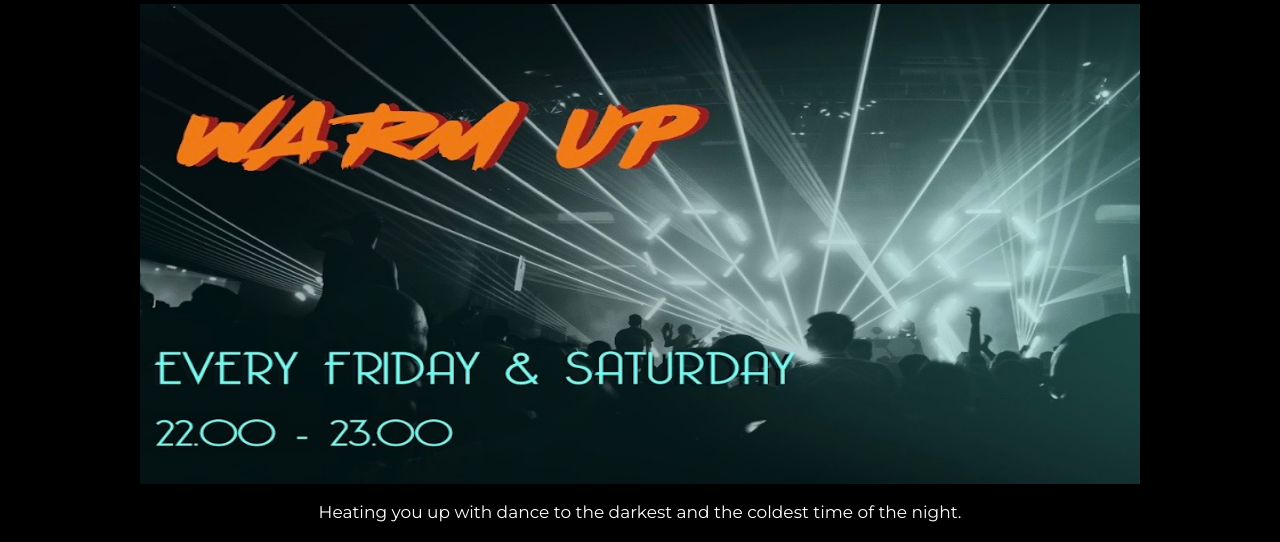
Repository: kaanistemi/Radyo-Denemeleri
Page: program.html
The author's editor kept a record of every edit. The page is drawn from the files as they stood at one moment, then again after the next edit.
The browser window is 1280 px wide. The pictures show the part of the page from y = 2537 to 3079 px (the page is 3079 px tall before and 2889 px after).
A picture or video elsewhere on the page could not be fetched, so the positions and the page height are approximate. Some web libraries are served in a nearby version.

Above is the page before.

### program.html
<html lang="en">

<head>
    <meta charset="UTF-8">
    <title>Radio Racoon</title>
    <meta name="viewport" content="width=device-width,initial-scale=1,maximum-scale=1,user-scalable=no">
    <meta http-equiv="X-UA-Compatible" content="IE=edge,chrome=1">
    <meta name="HandheldFriendly" content="true">
    <link href="https://fonts.googleapis.com/css2?family=Anonymous+Pro&family=Marck+Script&display=swap" rel="stylesheet">
    <link href="https://fonts.googleapis.com/css2?family=Marck+Script&display=swap" rel="stylesheet">
    <link href="https://fonts.googleapis.com/css2?family=Kanit:wght@500&display=swap" rel="stylesheet">
    <link href="https://fonts.googleapis.com/css2?family=Anton&display=swap" rel="stylesheet">
    <link href="https://fonts.googleapis.com/css2?family=Alfa+Slab+One&display=swap" rel="stylesheet">
    <link href="https://fonts.googleapis.com/css2?family=Acme&family=Montserrat&display=swap" rel="stylesheet">
    <link href="https://fonts.googleapis.com/css2?family=Montserrat&display=swap" rel="stylesheet">
    <link href="https://fonts.googleapis.com/css2?family=Righteous&display=swap" rel="stylesheet">
    <link rel="icon" href="assets/images/LOGOSON2.png">
    <link href="https://fonts.googleapis.com/css2?family=Fredoka+One&family=Permanent+Marker&display=swap" rel="stylesheet">
    <link rel="stylesheet" href="https://maxcdn.bootstrapcdn.com/bootstrap/4.3.1/css/bootstrap.min.css" type="text/css" />
    <link rel="stylesheet" href="https://maxcdn.bootstrapcdn.com/font-awesome/4.7.0/css/font-awesome.min.css" type="text/css" />
    <link rel="stylesheet" href="https://cdnjs.cloudflare.com/ajax/libs/hover.css/2.1.1/css/hover-min.css" type="text/css" />
    <link rel="stylesheet" type="text/css" href="assets/css/style.css">

    <script src="https://cdn.jsdelivr.net/gh/greghub/assets/js/radio.min.js"></script>
    <style>
        body {
            background: #000000;
        }

        table {
            border-collapse: collapse;
            width: 100%;
            text-align: center;
        }

        th,
        td {

            padding: 12px;
        }
    </style>
</head>

<body>

    <nav class="navbar navbar-expand-lg navbar-light bg-custom">
        <a class="navbar-brand" href="index.html">
            <img src=assets/images/LOGOSON2.png alt="Istanbul1" class="logo-circle" height=60 width=60><span class="logo-text"> Radio Racoon</span>
            <div class="icons">

            </div>
        </a>


        <button class="navbar-toggler" type="button" data-toggle="collapse" data-target="#navbarNav" aria-controls="navbarNav" aria-expanded="false" aria-label="Toggle navigation">
            <span class="navbar-toggler-icon"></span>
        </button>


        <div class="collapse navbar-collapse justify-content-center " id="navbarNav">

            <ul class="navbar-nav ml-auto ">

                <li class="nav-item active">
                    <a class="nav-link" href="ekip.html">
                        <p class="white-text">Team</p><span class="sr-only">(current)</span></a>
                </li>
                <li class="nav-item active">
                    <a class="nav-link" href="program.html">
                        <p class="white-text">Program</p><span class="sr-only">(current)</span></a>
                </li>
                <li class="nav-item active ">
                    <a class="nav-link" href="iletisim.html">
                        <p class="white-text">Contact</p><span class="sr-only">(current)</span></a>
                </li>

            </ul>


        </div>


    </nav>

    <center class="week-event mt-5">
        <p><strong>ALL KINDS OF MUSIC</strong></p>
    </center>

    <div class="container-fluid">
        <div class="row">

            <div class="col-sm">
                <img class="img-responsive program" src=assets/images/bizimkiler_20_21.jpg alt="bizimkiler">
                <center>
                    <p class="all-white mt-3">Here is some alternative Turkish music for you</p>
                </center>
            </div>
            <div class="col-sm">
                <img class="img-responsive program" src=assets/images/chilli_boom_Program_program.jpg alt="chill">
                <center>
                    <p class="all-white mt-3">Minimal dark house with chill tunes!</p>
                </center>
            </div>
            <div class="col-sm">
                <img class="img-responsive program" src=assets/images/darkbasementprog.png alt="basement">
                <center>
                    <p class="all-white mt-3">Adult techno on dark basement floor </p>
                </center>
            </div>
        </div>
    </div>


    <div class="container-fluid">
        <div class="row">

            <div class="col-sm">
                <img class="img-responsive program" src=assets/images/Different_Africa_3e2.JPG alt="africa">
                <center>
                    <p class="all-white mt-3">Here you can find Afro House Rythms with rich that makes you wiggle. </p>
                </center>
            </div>
            <div class="col-sm">
                <img class="img-responsive program" src=assets/images/FunkySoul_Program_1600x700t.jpg alt="funky">
                <center>
                    <p class="all-white mt-3">A selection Blues & Funk classics and moderns.</p>
                </center>
            </div>
            <div class="col-sm">
                <img class="img-responsive program" src=assets/images/gittoprogram.jpg alt="funky">
                <center>
                    <p class="all-white mt-3">A Reggae Journey: From Jamaica's ghetto, to Ankara's GITTO</p>
                </center>
            </div>
        </div>
    </div>




    <div class="container-fluid">
        <div class="row">

            <div class="col-sm">
                <img class="img-responsive program" src=assets/images/grungeprogram.jpg alt="alter">
                <center>
                    <p class="all-white mt-3">A legend that flourishes from the vocal cords of angry sounds with silky voices and never cracked-up despite getting shakes.</p>
                </center>
            </div>
            <div class="col-sm">
                <img class="img-responsive program" src=assets/images/jazzz_20_21.JPG alt="alter">
                <center>
                    <p class="all-white mt-3">From Classic Jazz to Modern Jazz </p>
                </center>
            </div>
            <div class="col-sm">
                <img class="img-responsive program" src=assets/images/Microwave_Program_32_deneme12.JPG alt="microwave">
                <center>
                    <p class="all-white mt-3">Eat your meatball sandwich and peek around with some sweet house melodies.</p>
                </center>
            </div>
        </div>
    </div>

    <div class="container-fluid">
        <div class="row">
            <div class="col-sm">
                <img class="img-responsive program" src=assets/images/classics_21_22.jpg alt="classic">
                <center>
                    <p class="all-white mt-3">A soul-nurturing classical music selection. </p>
                </center>
            </div>
            <div class="col-sm">
                <img class="img-responsive program" src=assets/images/muhabbetlik_18_20.jpg alt="muhabbetlik">
                <center>
                    <p class="all-white mt-3">Enjoy yourself and let us handle the music. </p>
                </center>
            </div>
            <div class="col-sm">
                <img class="img-responsive program" src=assets/images/eceprogram.jpg alt="pazar">
                <center>
                    <p class="all-white mt-3">The Sun Cocktail, a bliss at the sunrise and a bliss at the sunset.</p>
                </center>
            </div>
        </div>
    </div>

    <div class="container-fluid">
        <div class="row">
            <div class="col-sm">
                <img class="img-responsive program" src=assets/images/pazar_sarkıları_Program_1600x700t.JPG alt="pazar">
                <center>
                    <p class="all-white mt-3">For your Sunday comedown or eternal peace, two doses before the week. </p>
                </center>
            </div>
            <div class="col-sm">
                <img class="img-responsive program" src=assets/images/rakı_21_23.JPG alt="rakisiklim">
                <center>
                    <p class="all-white mt-3">Fresher the raki, fresher the pain. ..</p>
                </center>
            </div>
            <div class="col-sm">
                <img class="img-responsive program" src=assets/images/serial_20_21.jpg alt="serial">
                <center>
                    <p class="all-white mt-3">From Glasgow underground to eternity..</p>
                </center>
            </div>
        </div>
    </div>

    <div class="container-fluid">
        <div class="row">
            <div class="col-sm">
                <img class="img-responsive program" src=assets/images/southern_21_22.jpg alt="pipeline">
                <center>
                    <p class="all-white mt-3">Activating our inner medium according to the week’s flow. </p>
                </center>
            </div>

            <div class="col-sm">
                <center>
                    <img class="img-responsive program" src=assets/images/trap19_20.jpg alt="t-rapp">
                    <p class="all-white mt-3"> Old, new, slow, fast, crazy! The best Turkish rap songs ever are on this list. </p>
                </center>
            </div>
            <div class="col-sm">
                <center>
                    <img class="img-responsive program" src=assets/images/UND2.jpg alt="und">
                    <p class="all-white mt-3">Brace yourselves for turbulences; UnduLATE will take you on a trip full of loops, swirls, rolling bass and acid lines!</p>
                </center>
            </div>


        </div>
    </div>
    <div class="container-fluid">
        <div class="row">
            <div class="col-sm">
                <center>
                    <img class="img-responsive program" src=assets/images/Warm_Up_Program_1600x700t.JPG alt="t-rap">
                    <p class="all-white mt-3">Heating you up with dance to the darkest and the coldest time of the night.</p>
                </center>
            </div>


        </div>
    </div>




    <script src="https://code.jquery.com/jquery-3.3.1.slim.min.js" integrity="sha384-q8i/X+965DzO0rT7abK41JStQIAqVgRVzpbzo5smXKp4YfRvH+8abtTE1Pi6jizo" crossorigin="anonymous"></script>
    <script src="https://cdnjs.cloudflare.com/ajax/libs/popper.js/1.14.7/umd/popper.min.js" integrity="sha384-UO2eT0CpHqdSJQ6hJty5KVphtPhzWj9WO1clHTMGa3JDZwrnQq4sF86dIHNDz0W1" crossorigin="anonymous"></script>
    <script src="https://stackpath.bootstrapcdn.com/bootstrap/4.3.1/js/bootstrap.min.js" integrity="sha384-JjSmVgyd0p3pXB1rRibZUAYoIIy6OrQ6VrjIEaFf/nJGzIxFDsf4x0xIM+B07jRM" crossorigin="anonymous"></script>
</body>

</html>

### assets/css/style.css
.artist-info {
  background-color: #000000
}

.more-info {
  position: relative;
  top: 15px;
  color: #66FCF1
}

.white-text {
  color: #fff;
  margin: 0 0 3px 0;
  font-family: 'Righteous', cursive;
  font-size: 20px;



}

.navbar-toggler-icon {
  background-color: #66FCF1
}


.blue-text {
  margin-bottom: 5px;
  color: #66FCF1;
  font-size: 30px;
  font-family: 'Alfa Slab One', cursive;

}






.navbar-light a:hover {
  opacity: 0.9;
  position: relative;
  z-index: 1;
  color: #fff;
}



.navbar-light ul li a:hover {
  display: inline-table;
  background-color: #66FCF1;
  transition: 1.2s;
  border: 1px #66FCF1;
  border-radius: 3.5px;
  font-size: 120%;
  transition-duration: 1.5s;
}


li {
  margin-right: 60px;
}

.today-event {
  color: #66FCF1;
  margin-top: 0px;
  margin-left: 4px;
  font-family: 'Anton', sans-serif;
  font-size: 70px;
}

.img-responsive {
  margin-top: 24px
}

.fa-twitter {
  background: #0B0B0B;
  color: #66FCF1;
  padding: 10px;
  font-size: 30px;
  width: 40px;
  text-decoration: none;
  border-radius: 50%;


}

.fa-instagram {
  background: #0B0B0B;
  color: #66FCF1;
  padding: 10px;
  font-size: 30px;
  width: 40px;

  text-decoration: none;
  border-radius: 50%;

}

.fa-soundcloud {
  background: #0B0B0B;
  color: #66FCF1;
  padding: 10px;
  font-size: 30px;
  width: 40px;

  text-decoration: none;
  border-radius: 50%;

}


.week-event {
  font-family: 'Kanit', sans-serif;
  color: #66FCF1;
  font-size: 65px;
  margin-top: 90px;
}





.rounded-circle {
  border: 3px solid white;
}

.all-white {
  color: #fff;
  font-family: 'Montserrat', sans-serif;
  font-size: 17px;
}

.all-blue {
  color: #66FCF1;
  font-family: 'Anton', sans-serif;

}

.about-us {
  background-color: #0B0B0B;
}


.img-responsive {
  max-width: 1000px;
  min-height: 400px;
  max-height: 550px;
}

.bg-custom {
  background-color: #0B0B0B
}

.more-info {
  font-family: 'Alfa Slab One', cursive;
  word-spacing: 4px;
  color: #66FCF1;
  margin-top: 40px;
  font-size: 25px;
}

.day-blue {
  color: #66FCF1;
  font-size: 30px;
  margin-top: 30px;
  font-family: 'Kanit', sans-serif;
  margin-right:30px;
}




@media screen and (min-width: 630px) {
  .rounded-circle {


  }
}


@media screen and (max-width: 631px) {
  .rounded-circle {
    width: 50px;
    height:50px;
  }
}

@media screen and (max-width: 376px) {
  .rounded-circle {
    width: 40px;
    height:40px;
  }
}

@media screen and (min-width: 630px) {
  .day-blue {
    font-size: 30px;
    margin-right:30px;
  }
}


@media screen and (max-width: 631px) {
  .day-blue {
    font-size: 13px;
    line-height: 1px;
  }
}

@media screen and (max-width: 376px) {
  .day-blue {
    font-size: 11px;
    line-height: 1px;
  }
}

.artist-name {
  color: white;
  font-size: 20px;
  font-family: 'Montserrat', sans-serif;

}

@media screen and (min-width: 630px) {
  .artist-name {
    font-size: 20px;
  }
}


@media screen and (max-width: 631px) {
  .artist-name {
    font-size: 12px;
  }
}

@media screen and (max-width: 376px) {
  .artist-name {
    font-size: 9px;
  }
}

.table-dark {
  background-color: #000000;


}

@media screen and (min-width: 630px) {
  .week-event {
    font-size: 65px;
  }
}


@media screen and (max-width: 631px) {
  .week-event {
    font-size: 35px;
  }
}



.uppercase {
  color: #66FCF1;
  font-family: 'Kanit', sans-serif;
  font-size: 60px;
}

@media screen and (min-width: 630px) {
  .uppercase {
    font-size: 60px;
  }
}


@media screen and (max-width: 631px) {
  .uppercase {
    font-size: 33px;
  }
}

.btn {
  background-color: #66FCF1;
}

@media screen and (min-width: 630px) {
  .all-white {
    font-size: 17px;
  }
}


@media screen and (max-width: 631px) {
  .all-white {
    font-size: 15px;
  }
}

.img-thumbnail {
  max-height: 600px;
  min-height: 200px;
  width: 750px
}

.program {
  width: 100%;
  min-height: 150px;
  max-height: 480px;
}


.program {
  position: relative;
  -webkit-transform: scale(1);
  -ms-transform: scale(1);
  -moz-transform: scale(1);
  transition: all .3s ease-in;
  -moz-transition: all .3s ease-in;
  -webkit-transition: all .3s ease-in;
  -ms-transition: all .3s ease-in;
}

.program:hover {
  z-index: 2;
  -webkit-transform: scale(1.1);
  -ms-transform: scale(1.1);
  -moz-transform: scale(1.1);
  transform: scale(1.1);
}

.ekip-white {
  color: #fff;
  font-family: 'Montserrat', sans-serif;
  font-size: 25px;

}

@media screen and (min-width: 630px) {
  .ekip-white {
    font-size: 25px;
  }
}


@media screen and (max-width: 631px) {
  .ekip-white {
    font-size: 18px;
  }
}

.ekip-instagram {
  background: #000000;
  color: #66FCF1;
  padding: 10px;
  font-size: 30px;
  width: 40px;

  text-decoration: none;
  border-radius: 50%;
}

.iletisim-text {
  color: #66FCF1;
}

.iletisim-text:link {
  color: #66FCF1;
  background-color: transparent;
  text-decoration: underline;
}

.fixed-bottom {
  padding: 0px;
}



.d-block {
  height: 72%;
  width: 100%;

}



.program-2 {
  width: 100%;
  max-width: 450px;
  min-height: 150px;
  max-height: 415px;

}

.program-2 {
  position: relative;
  -webkit-transform: scale(1);
  -ms-transform: scale(1);
  -moz-transform: scale(1);
  transition: all .3s ease-in;
  -moz-transition: all .3s ease-in;
  -webkit-transition: all .3s ease-in;
  -ms-transition: all .3s ease-in;
}

.program-2:hover {
  z-index: 2;
  -webkit-transform: scale(1.1);
  -ms-transform: scale(1.1);
  -moz-transform: scale(1.1);
  transform: scale(1.1);
}

.artist-name:hover {
  color: #ffffff;
}

.all-white-2 {
  color: #fff;
  font-family: 'Montserrat', sans-serif;
  font-size: 17px;
  margin-left: 98px;
  margin-right: 98px;
}

@media screen and (min-width: 1050px) {
  .all-white-2 {
    margin-left: 98px;
    margin-right: 98px;
    font-size: 17px;
  }
}


@media screen and (max-width: 1051px) {
  .all-white-2 {
    margin-left: 0px;
    margin-right: 0px;
    font-size: 15px;
  }
}

.all-white-3 {
  color: #fff;
  font-family: 'Montserrat', sans-serif;
  font-size: 16px;
}

@media screen and (min-width: 630px) {
  .all-white-3 {
    font-size: 16px;
  }
}


@media screen and (max-width: 631px) {
  .all-white-3 {
    font-size: 14px;
  }
}

.time {
  margin-top: 50px;
}

.artist-name-2 {
  color: white;
  font-size: 20px;

}

@media screen and (min-width: 630px) {
  .artist-name-2 {
    font-size: 20px;

  }
}


@media screen and (max-width: 631px) {
  .artist-name-2 {
    font-size: 12px;

  }
}
@media screen and (max-width: 376px) {
  .artist-name-2 {
    font-size: 9px;
  }
}

@media screen and (min-width: 630px) {
  .week-event {
    margin-top: 90px;

  }
}


@media screen and (max-width: 631px) {
  .week-event {
    margin-top: 50px;

  }
}

@media only screen and (max-width: 600px) {

  .d-block {
    width: 100%;
    height: 70%;
    margin: 0;
    padding: 0;
  }
}

.about-us {
  margin-bottom: 140px;
}

@media only screen and (max-width: 730px) {

  .artist-info {
    display: none;
  }
}


@media screen and (min-width: 630px) {
  .weekly {
    margin-right: 15px;
  }
}


@media screen and (max-width: 631px) {
  .weekly {}
}

.logo-text {
  font-family: 'Kanit', sans-serif;
  color: white;
  font-size: 31px;
  margin-top: 15px;
  position: relative;
  top: 5px;
  left: 0px;

}

.logo-circle {
  margin-left: 5px;

}


@media screen and (min-width: 630px) {
  .logo-text {
    font-size: 31px;
    top: 5px;
  }
}


@media screen and (max-width: 631px) {
  .logo-text {
    font-size: 18px;
    top: 0px;
  }
}

@media screen and (min-width: 630px) {
  .logo-circle {
    width: 60px;
    height: 60px;
    margin-left: 5px;
  }
}


@media screen and (max-width: 631px) {
  .logo-circle {
    width: 48px;
    height: 48px;
    margin-left: 0px;

  }
}

.ekip-white-3 {
  color: #fff;
  font-family: 'Montserrat', sans-serif;
  font-size: 22px;
}

@media screen and (min-width: 630px) {
  .ekip-white-3 {
    font-size: 22px;
  }
}


@media screen and (max-width: 631px) {
  .ekip-white-3 {
    font-size: 18px;
  }
}





.text-center {
  margin: 0px;
  padding: 0px;
}



.table {
  border-collapse: collapse;
  width: 100%;
  text-align: center;
  table-layout:fixed

}


.day-blue-2 {
  color: #66FCF1;
  font-size: 30px;
  margin-top: 30px;
  font-family: 'Kanit', sans-serif;
  margin-right:30px;
}



@media screen and (min-width: 630px) {
  .day-blue-2 {
    font-size: 30px;
    margin-right:30px;
  }
}


@media screen and (max-width: 631px) {
  .day-blue-2 {
    font-size: 13px;


}
}

@media screen and (max-width: 376px) {
  .day-blue-2 {
    font-size: 11px;
  }
}

@media screen and (min-width: 630px) {
.rounded-circle {
  border: 3px solid white;
}
}


@media screen and (max-width: 631px) {
.rounded-circle {
  border: 2px solid white;

}
}

After the next edit:
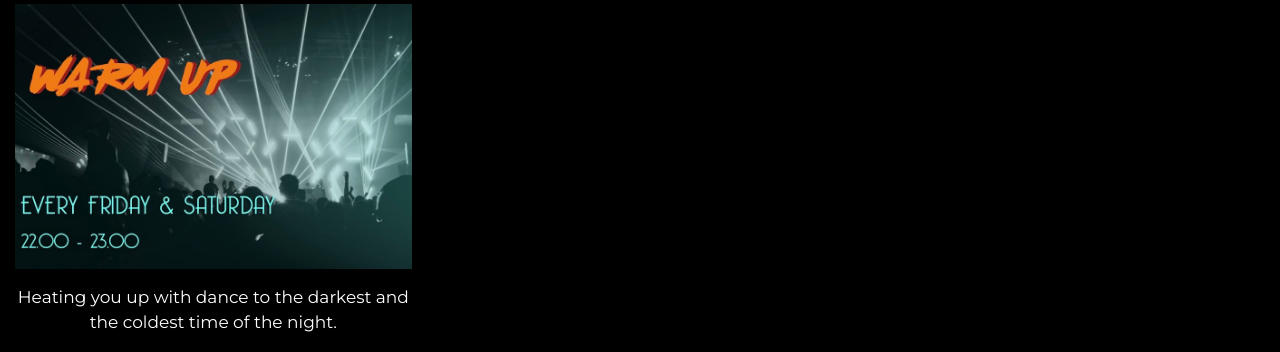
The edit:
--- a/program.html
+++ b/program.html
@@ -235,7 +235,7 @@
     </div>
     <div class="container-fluid">
         <div class="row">
-            <div class="col-sm">
+            <div class="col-sm-4">
                 <center>
                     <img class="img-responsive program" src=assets/images/Warm_Up_Program_1600x700t.JPG alt="t-rap">
                     <p class="all-white mt-3">Heating you up with dance to the darkest and the coldest time of the night.</p>
